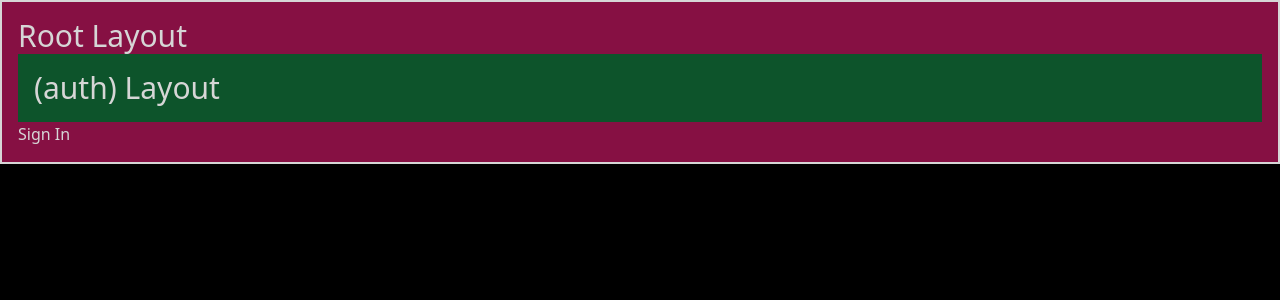
Repository: eyassud/notenow
Page: /signin
These files come from the project's save history. The page is drawn as it stood at one moment and after a run of saves; the edit follows.
The browser window is 1280 px wide. The pictures show the whole page.
The project was rebuilt for these pictures with package versions that can differ from the ones it lists, and the page was loaded fresh each time. The framework's server and built-in components were replaced by stand-ins that run in the browser. Also part of the build but not shown: svelte.config.js, vite.config.ts.

Above is the page before, as saved 2025-12-12 12:29:10.

### src/routes/+layout.svelte
<script lang="ts">
	import './layout.css';
	import favicon from '$lib/assets/favicon.svg';

	let { children } = $props();
</script>

<svelte:head>
	<link rel="icon" href={favicon} />
</svelte:head>

<div class="border-2 bg-pink-900 p-4">
	<h1 class="text-3xl">Root Layout</h1>

	{@render children()}
</div>

### src/routes/(auth)/+layout.svelte
<script lang="ts">
	import type { LayoutProps } from './$types';

	let { data, children }: LayoutProps = $props();
</script>

<div class="bg-green-900 p-4">
	<h1 class="text-3xl">(auth) Layout</h1>
</div>
{@render children()}

### src/routes/(auth)/signin/+page.svelte
<script lang="ts">
	import type { PageProps } from './$types';

	let { data }: PageProps = $props();
</script>

<h1>Sign In</h1>

### src/routes/layout.css
@import 'tailwindcss';
@plugin '@tailwindcss/forms';
@plugin '@tailwindcss/typography';
@plugin 'daisyui';

@plugin 'daisyui' {
	themes:
		light --preferswhite,
		black --default;
}

Loaded but not shown: src/app.html (common file)

After the next 2 saves:
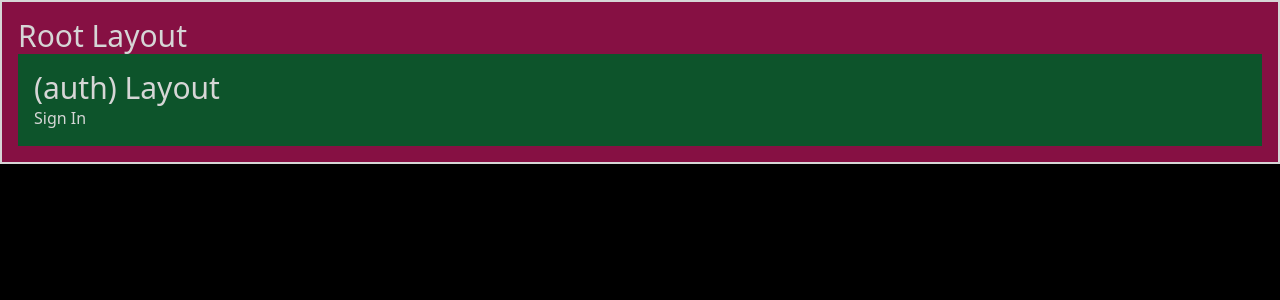
The 2 saves are shown as one change because they came seconds apart.
The last was saved 7 s later.
--- a/src/routes/(auth)/+layout.svelte
+++ b/src/routes/(auth)/+layout.svelte
@@ -6,5 +6,5 @@
 
 <div class="bg-green-900 p-4">
 	<h1 class="text-3xl">(auth) Layout</h1>
+	{@render children()}
 </div>
-{@render children()}
